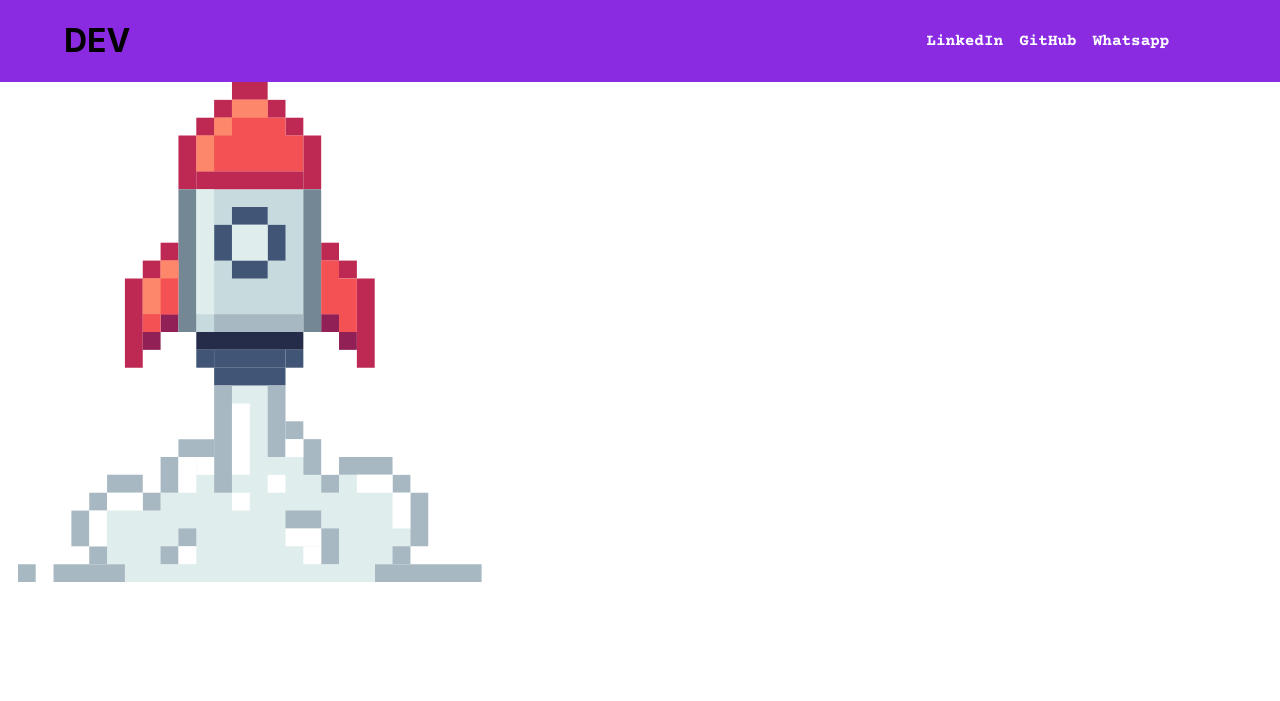
Repository: FxIvan/myweb
Page: /
The author's editor kept a copy of each file at every save. The page is drawn from the files as they stood at one save, then again after the next save.
The browser window is 1280 px wide. The pictures show the whole page.
The project was rebuilt for these pictures with package versions that can differ from the ones it lists, and the page was loaded fresh each time.

Above is the page before, as saved 2022-11-02 11:25:27.

### public/index.html
<!DOCTYPE html>
<html lang="en">
  <head>
    <meta charset="utf-8" />
    <link rel="icon" href="%PUBLIC_URL%/favicon.ico" />
    <meta name="viewport" content="width=device-width, initial-scale=1" />
    <meta name="theme-color" content="#000000" />
    <meta
      name="description"
      content="Web site created using create-react-app"
    />
    <link rel="apple-touch-icon" href="%PUBLIC_URL%/logo192.png" />
    <!--
      manifest.json provides metadata used when your web app is installed on a
      user's mobile device or desktop. See https://developers.google.com/web/fundamentals/web-app-manifest/
    -->
    <link rel="manifest" href="%PUBLIC_URL%/manifest.json" />
    <!--
      Notice the use of %PUBLIC_URL% in the tags above.
      It will be replaced with the URL of the `public` folder during the build.
      Only files inside the `public` folder can be referenced from the HTML.

      Unlike "/favicon.ico" or "favicon.ico", "%PUBLIC_URL%/favicon.ico" will
      work correctly both with client-side routing and a non-root public URL.
      Learn how to configure a non-root public URL by running `npm run build`.
    -->
    <title>My Web |Almendra Ivan 2022</title>
    <!--FONTS GOOGLE-->
    <link rel="preconnect" href="https://fonts.googleapis.com">
    <link rel="preconnect" href="https://fonts.gstatic.com" crossorigin>
    <link href="https://fonts.googleapis.com/css2?family=Courier+Prime:wght@700&display=swap" rel="stylesheet">
  </head>
  <body>
    <noscript>You need to enable JavaScript to run this app.</noscript>
    <div id="root"></div>
    <!--
      This HTML file is a template.
      If you open it directly in the browser, you will see an empty page.

      You can add webfonts, meta tags, or analytics to this file.
      The build step will place the bundled scripts into the <body> tag.

      To begin the development, run `npm start` or `yarn start`.
      To create a production bundle, use `npm run build` or `yarn build`.
    -->
  </body>
</html>

### src/index.js
import React from 'react';
import ReactDOM from 'react-dom/client';
import './index.css';
import App from './App';
import reportWebVitals from './reportWebVitals';
import { BrowserRouter } from 'react-router-dom';


const root = ReactDOM.createRoot(document.getElementById('root'));
root.render(
  <React.StrictMode>
    <App />
  </React.StrictMode>
);

// If you want to start measuring performance in your app, pass a function
// to log results (for example: reportWebVitals(console.log))
// or send to an analytics endpoint. Learn more: https://bit.ly/CRA-vitals
reportWebVitals();

### src/App.js
import { Routes, Route, HashRouter} from "react-router-dom";
import { Header } from "./component/header/header";

function App() {
  return (
    <HashRouter>
    <Routes>
        <Route path="/" element={<Header/>} />
    </Routes>
    </HashRouter>
  );
}

export default App;

### src/component/header/header.js
import React from 'react'
import '../css/header.css'
import { Section1 } from '../section1/section1'


export const Header = () =>{
    return(
        <div>
        <header>
            <div className='container-header'>
                <div className='subcontainer-header'>
                    <div className='container-header-logo'>
                        <h1>DEV</h1>
                    </div>
                    <div className='container-header-link'>
                        <ul>
                            <li><a href='https://www.linkedin.com/in/devalmendra/' target='_blanck'>LinkedIn</a></li>
                            <li><a href='https://github.com/FxIvan' target='_blanck'>GitHub</a></li>
                            <li><a href='https://api.whatsapp.com/send/?phone=541136887781&text&type=phone_number&app_absent=0' target='_blanck'>Whatsapp</a></li>
                        </ul>
                    </div>
                </div>
            </div>
        </header>
        <section>
            <div>
                <Section1/>
            </div>
        </section>
        </div>
    )
}

### src/component/css/header.css
header{
    background-color: blueviolet;
}

.container-header{
    margin: auto;
}

.subcontainer-header{
    display: flex;
    width: 90%;
    margin: auto;
    align-items: center;
}

.container-header-logo{
    width: 70%;
}
.container-header-link{
    width: 30%;
}
.container-header-link ul, a{
    display: flex;
    text-decoration: none;
    list-style: none;
    font-family: 'Courier Prime', monospace;
    font-weight: bolder;
    font-size: 16px;
    color: white;
}

.container-header-link ul li{
    margin-left: 1rem;
}
@media only screen and (max-width: 700px) {
    .container-header{

    }
    .subcontainer-header{

    }
    .container-header-logo{

    }
    .container-header-link{

    }
}

### src/component/section1/section1.js
import React from 'react'
import cohete from '../../media/img/coheteSection.svg'


export const Section1 = () =>{
    return(
        <div>
            <div>
                <div>
                    <img src={cohete}/>
                </div>
            </div>
        </div>
    )
}

Loaded but not shown: src/index.css (common file); src/reportWebVitals.js (common file)

After the next save:
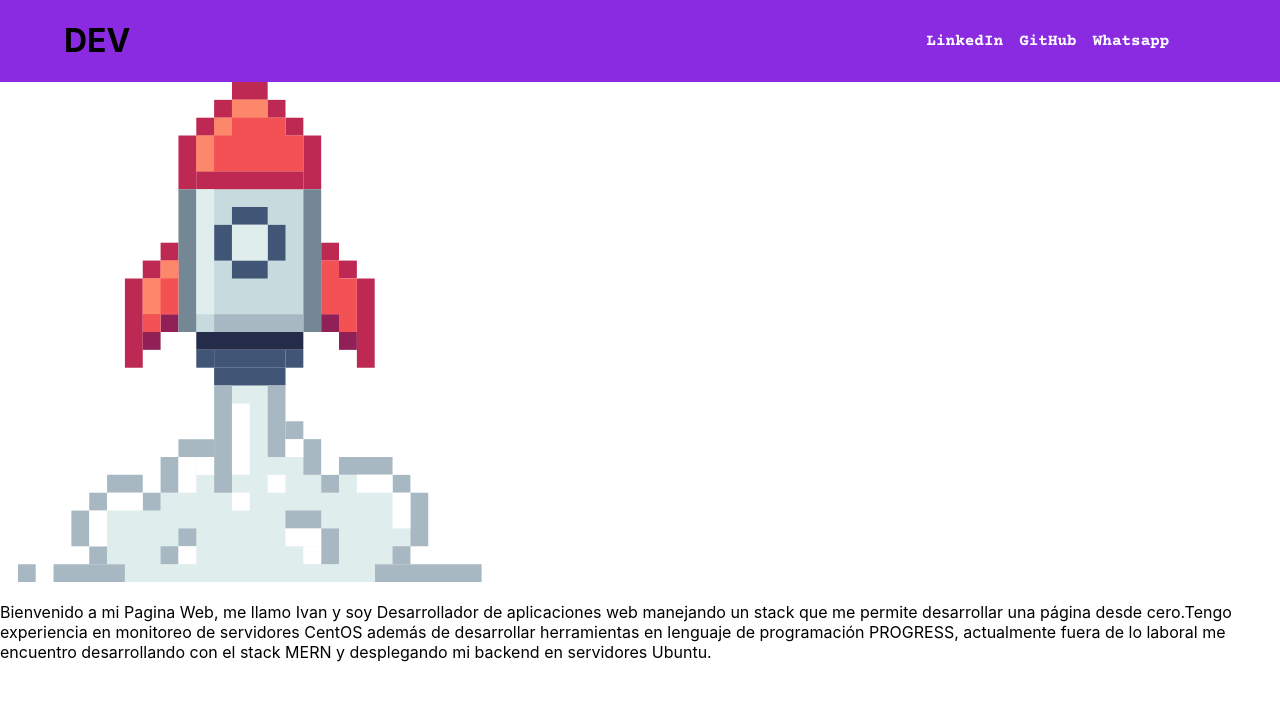
Saved 14 min 2 s later.
--- a/src/component/section1/section1.js
+++ b/src/component/section1/section1.js
@@ -9,6 +9,11 @@
                 <div>
                     <img src={cohete}/>
                 </div>
+                <div>
+                    <div>
+                        <p>Bienvenido a mi Pagina Web, me llamo Ivan y soy Desarrollador de aplicaciones web manejando un stack que me permite desarrollar una página desde cero.Tengo experiencia en monitoreo de servidores CentOS además de desarrollar herramientas en lenguaje de programación PROGRESS, actualmente fuera de lo laboral me encuentro desarrollando con el stack MERN y desplegando mi backend en servidores Ubuntu. </p>
+                    </div>
+                </div>
             </div>
         </div>
     )
